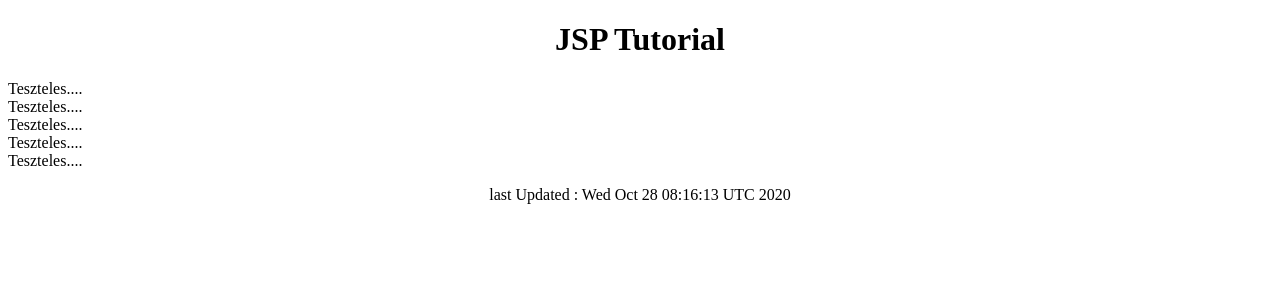
Repository: Gyepike/JSP
Page: http://localhost/JSPDemo/homepage.jsp
These files come from the project's save history. The page is drawn as it stood at one moment and after the next save; the edit follows.
The browser window is 1280 px wide. The pictures show the whole page.
The page is served by Tomcat 9. Other server files are loaded and not shown.

Above is the page before, as saved 2020-10-29 21:27:18.

### JSPDemo/WebContent/homepage.jsp
<%@ page language="java" contentType="text/html; charset=UTF-8"
    pageEncoding="UTF-8"%>
<!DOCTYPE html>
<html>
<head>
<meta charset="UTF-8">
<title>Insert title here</title>
</head>
<body>

      <jsp:include page="my-header.html"></jsp:include>
     Teszteles.... </br>
     Teszteles.... </br>
     Teszteles.... </br>
     Teszteles.... </br>
     Teszteles.... </br>
    <jsp:include page="my-footer.jsp"></jsp:include>
</body>
</html>

### JSPDemo/WebContent/my-footer.jsp
<%@ page language="java" contentType="text/html; charset=UTF-8"
    pageEncoding="UTF-8"%>
<!DOCTYPE html>
<html>
<head>
<meta charset="UTF-8">
</head>
<body>
   <p align="center">
   last Updated : <%= new java.util.Date() %>
   </p>
</body>
</html>

Loaded but not shown: JSPDemo/WebContent/my-header.html (common file)

After the next save:
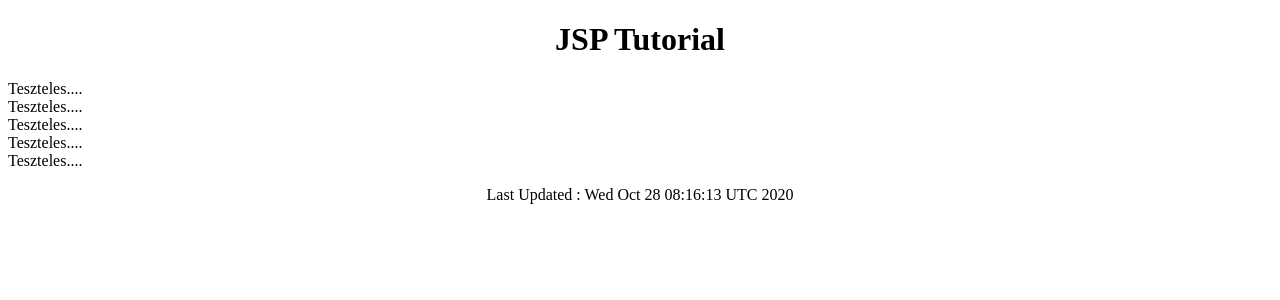
Saved 24 s later.
--- a/JSPDemo/WebContent/my-footer.jsp
+++ b/JSPDemo/WebContent/my-footer.jsp
@@ -7,7 +7,7 @@
 </head>
 <body>
    <p align="center">
-   last Updated : <%= new java.util.Date() %>
+   Last Updated : <%= new java.util.Date() %>
    </p>
 </body>
 </html>
